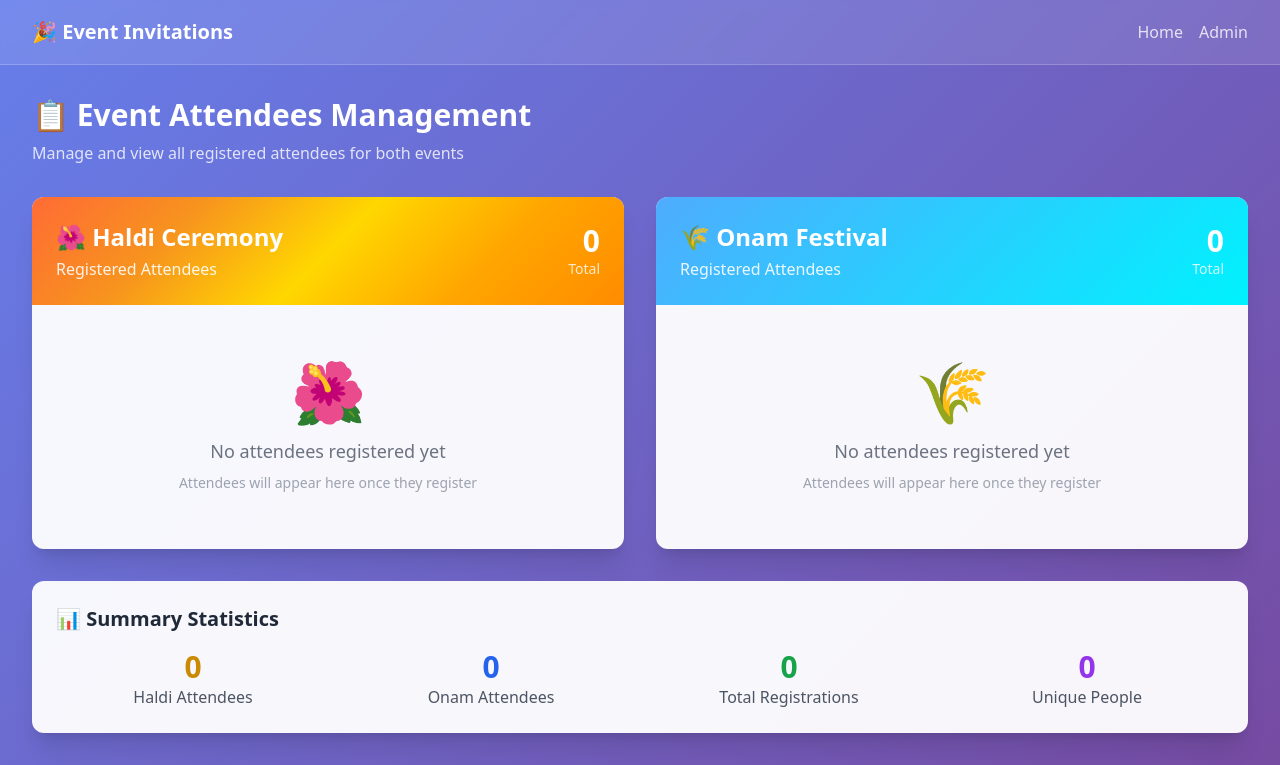
Repository: nanduldas/invitation
Page: http://localhost/admin/attendees
An editor plug-in stored every save of this project. The page is shown before and after the next save, followed by the edit.
The browser window is 1280 px wide. The pictures show the whole page.
Some web libraries are served in a nearby version. The page is served by the project's Laravel application, run on PHP 8.4 with Laravel 12. Other server files are loaded and not shown. Queries for data that is not in the repository find no rows.

Above is the page before, as saved 2025-08-22 23:41:59.

### routes/web.php
<?php

use Illuminate\Support\Facades\Route;
use App\Http\Controllers\EventController;

Route::get('/', [EventController::class, 'index'])->name('home');
Route::get('/event/{event}', [EventController::class, 'show'])->name('event.show');
Route::post('/register', [EventController::class, 'register'])->name('register');
Route::get('/admin/attendees', [EventController::class, 'admin'])->name('admin.attendees');

### app/Http/Controllers/EventController.php
<?php

namespace App\Http\Controllers;

use Illuminate\Http\Request;
use App\Models\Attendee;
use Illuminate\Support\Facades\Validator;

class EventController extends Controller
{
    public function index()
    {
        $haldiCount = Attendee::forEvent('haldi')->count();
        $onamCount = Attendee::forEvent('onam')->count();

        return view('events.index', compact('haldiCount', 'onamCount'));
    }

    public function show($event)
    {
        if (!in_array($event, ['haldi', 'onam'])) {
            abort(404);
        }

        $attendeesCount = Attendee::forEvent($event)->count();

        return view('events.show', compact('event', 'attendeesCount'));
    }

    public function register(Request $request)
    {
        $validator = Validator::make($request->all(), [
            'name' => 'required|string|max:255',
            'phone' => 'required|string|max:20',
            'event' => 'required|in:haldi,onam'
        ]);

        if ($validator->fails()) {
            return response()->json([
                'success' => false,
                'message' => 'Please fill all fields correctly.'
            ], 422);
        }

        // Check if attendee already exists based on phone number
        $existingAttendee = Attendee::where('phone', $request->phone)->first();

        if ($existingAttendee) {
            return response()->json([
                'success' => true,
                'message' => 'You are already on our list, thank you! 🎉',
                'attendee_count' => Attendee::forEvent($request->event)->count()
            ]);
        }

        // Create new attendee
        $attendee = Attendee::create([
            'name' => $request->name,
            'phone' => $request->phone,
            'event' => $request->event
        ]);

        $attendeeCount = Attendee::forEvent($request->event)->count();

        return response()->json([
            'success' => true,
            'message' => "Welcome to our celebration, {$request->name}! 🌟 We're excited to have you join us!",
            'attendee_count' => $attendeeCount
        ]);
    }

    public function admin()
    {
        $haldiAttendees = Attendee::forEvent('haldi')->get();
        $onamAttendees = Attendee::forEvent('onam')->get();

        return view('admin.attendees', compact('haldiAttendees', 'onamAttendees'));
    }
}

### app/Models/Attendee.php
<?php

namespace App\Models;

use Illuminate\Database\Eloquent\Model;

class Attendee extends Model
{
    protected $fillable = [
        'name',
        'phone',
        'event'
    ];

    protected $casts = [
        'event' => 'string'
    ];

    public function scopeForEvent($query, $event)
    {
        return $query->where('event', $event);
    }
}

### resources/views/admin/attendees.blade.php
@extends('layouts.app')

@section('title', 'Admin - Attendees List')

@section('content')
<div class="max-w-7xl mx-auto px-4 sm:px-6 lg:px-8">
    <div class="mb-8">
        <h1 class="text-3xl font-bold text-white mb-2">📋 Event Attendees Management</h1>
        <p class="text-white/80">Manage and view all registered attendees for both events</p>
    </div>

    <div class="grid lg:grid-cols-2 gap-8">
        <!-- Haldi Event Attendees -->
        <div class="bg-white/95 rounded-xl shadow-xl overflow-hidden">
            <div class="gradient-haldi p-6 text-white">
                <div class="flex items-center justify-between">
                    <div>
                        <h2 class="text-2xl font-bold flex items-center">
                            🌺 Haldi Ceremony
                        </h2>
                        <p class="text-white/90 mt-1">Registered Attendees</p>
                    </div>
                    <div class="text-right">
                        <div class="text-3xl font-bold">{{ $haldiAttendees->count() }}</div>
                        <div class="text-sm text-white/80">Total</div>
                    </div>
                </div>
            </div>

            <div class="p-6">
                @if($haldiAttendees->count() > 0)
                    <div class="space-y-3 max-h-96 overflow-y-auto">
                        @foreach($haldiAttendees as $index => $attendee)
                            <div class="flex items-center justify-between p-3 bg-yellow-50 rounded-lg border border-yellow-200">
                                <div class="flex items-center space-x-3">
                                    <div class="w-8 h-8 bg-yellow-500 text-white rounded-full flex items-center justify-center text-sm font-bold">
                                        {{ $index + 1 }}
                                    </div>
                                    <div>
                                        <div class="font-semibold text-gray-800">{{ $attendee->name }}</div>
                                        <div class="text-sm text-gray-600">{{ $attendee->phone }}</div>
                                    </div>
                                </div>
                                <div class="text-right">
                                    <div class="text-xs text-gray-500">Registered</div>
                                    <div class="text-sm font-medium text-gray-700">
                                        {{ $attendee->created_at->format('M j, Y') }}
                                    </div>
                                </div>
                            </div>
                        @endforeach
                    </div>

                    <div class="mt-6 pt-4 border-t border-gray-200">
                        <button onclick="exportAttendees('haldi')"
                                class="w-full px-4 py-2 bg-yellow-600 text-white rounded-lg hover:bg-yellow-700 transition-colors">
                            📄 Export Haldi Attendees List
                        </button>
                    </div>
                @else
                    <div class="text-center py-8">
                        <div class="text-6xl mb-4">🌺</div>
                        <p class="text-gray-500 text-lg">No attendees registered yet</p>
                        <p class="text-gray-400 text-sm mt-2">Attendees will appear here once they register</p>
                    </div>
                @endif
            </div>
        </div>

        <!-- Onam Event Attendees -->
        <div class="bg-white/95 rounded-xl shadow-xl overflow-hidden">
            <div class="gradient-onam p-6 text-white">
                <div class="flex items-center justify-between">
                    <div>
                        <h2 class="text-2xl font-bold flex items-center">
                            🌾 Onam Festival
                        </h2>
                        <p class="text-white/90 mt-1">Registered Attendees</p>
                    </div>
                    <div class="text-right">
                        <div class="text-3xl font-bold">{{ $onamAttendees->count() }}</div>
                        <div class="text-sm text-white/80">Total</div>
                    </div>
                </div>
            </div>

            <div class="p-6">
                @if($onamAttendees->count() > 0)
                    <div class="space-y-3 max-h-96 overflow-y-auto">
                        @foreach($onamAttendees as $index => $attendee)
                            <div class="flex items-center justify-between p-3 bg-blue-50 rounded-lg border border-blue-200">
                                <div class="flex items-center space-x-3">
                                    <div class="w-8 h-8 bg-blue-500 text-white rounded-full flex items-center justify-center text-sm font-bold">
                                        {{ $index + 1 }}
                                    </div>
                                    <div>
                                        <div class="font-semibold text-gray-800">{{ $attendee->name }}</div>
                                        <div class="text-sm text-gray-600">{{ $attendee->phone }}</div>
                                    </div>
                                </div>
                                <div class="text-right">
                                    <div class="text-xs text-gray-500">Registered</div>
                                    <div class="text-sm font-medium text-gray-700">
                                        {{ $attendee->created_at->format('M j, Y') }}
                                    </div>
                                </div>
                            </div>
                        @endforeach
                    </div>

                    <div class="mt-6 pt-4 border-t border-gray-200">
                        <button onclick="exportAttendees('onam')"
                                class="w-full px-4 py-2 bg-blue-600 text-white rounded-lg hover:bg-blue-700 transition-colors">
                            📄 Export Onam Attendees List
                        </button>
                    </div>
                @else
                    <div class="text-center py-8">
                        <div class="text-6xl mb-4">🌾</div>
                        <p class="text-gray-500 text-lg">No attendees registered yet</p>
                        <p class="text-gray-400 text-sm mt-2">Attendees will appear here once they register</p>
                    </div>
                @endif
            </div>
        </div>
    </div>

    <!-- Summary Statistics -->
    <div class="mt-8 bg-white/95 rounded-xl shadow-xl p-6">
        <h3 class="text-xl font-bold text-gray-800 mb-4">📊 Summary Statistics</h3>
        <div class="grid md:grid-cols-4 gap-6">
            <div class="text-center">
                <div class="text-3xl font-bold text-yellow-600">{{ $haldiAttendees->count() }}</div>
                <div class="text-gray-600">Haldi Attendees</div>
            </div>
            <div class="text-center">
                <div class="text-3xl font-bold text-blue-600">{{ $onamAttendees->count() }}</div>
                <div class="text-gray-600">Onam Attendees</div>
            </div>
            <div class="text-center">
                <div class="text-3xl font-bold text-green-600">{{ $haldiAttendees->count() + $onamAttendees->count() }}</div>
                <div class="text-gray-600">Total Registrations</div>
            </div>
            <div class="text-center">
                <div class="text-3xl font-bold text-purple-600">
                    {{ $haldiAttendees->merge($onamAttendees)->unique('phone')->count() }}
                </div>
                <div class="text-gray-600">Unique People</div>
            </div>
        </div>
    </div>
</div>
@endsection

@section('scripts')
<script>
    function exportAttendees(event) {
        // This would typically make an AJAX call to export the data
        // For now, we'll create a simple CSV export
        let attendees = [];
        let filename = event + '_attendees_' + new Date().toISOString().split('T')[0] + '.csv';

        if (event === 'haldi') {
            @foreach($haldiAttendees as $attendee)
                attendees.push({
                    name: "{{ $attendee->name }}",
                    phone: "{{ $attendee->phone }}",
                    registered: "{{ $attendee->created_at->format('Y-m-d H:i:s') }}"
                });
            @endforeach
        } else {
            @foreach($onamAttendees as $attendee)
                attendees.push({
                    name: "{{ $attendee->name }}",
                    phone: "{{ $attendee->phone }}",
                    registered: "{{ $attendee->created_at->format('Y-m-d H:i:s') }}"
                });
            @endforeach
        }

        // Create CSV content
        let csvContent = "Name,Phone,Registered Date\n";
        attendees.forEach(attendee => {
            csvContent += `"${attendee.name}","${attendee.phone}","${attendee.registered}"\n`;
        });

        // Download CSV
        const blob = new Blob([csvContent], { type: 'text/csv' });
        const url = window.URL.createObjectURL(blob);
        const a = document.createElement('a');
        a.style.display = 'none';
        a.href = url;
        a.download = filename;
        document.body.appendChild(a);
        a.click();
        window.URL.revokeObjectURL(url);
        document.body.removeChild(a);

        alert(`${event.charAt(0).toUpperCase() + event.slice(1)} attendees list exported successfully!`);
    }
</script>
@endsection

### resources/views/layouts/app.blade.php
<!DOCTYPE html>
<html lang="en">
<head>
    <meta charset="UTF-8">
    <meta name="viewport" content="width=device-width, initial-scale=1.0">
    <meta name="csrf-token" content="{{ csrf_token() }}">
    <title>@yield('title', 'Event Invitations')</title>
    <script src="https://cdn.tailwindcss.com"></script>
    <script src="https://code.jquery.com/jquery-3.6.0.min.js"></script>
    <style>
        .gradient-bg {
            background: linear-gradient(135deg, #667eea 0%, #764ba2 100%);
        }
        .gradient-haldi {
            background: linear-gradient(135deg, #FF6B35 0%, #F7931E 25%, #FFD700 50%, #FFA500 75%, #FF8C00 100%);
        }
        .gradient-haldi-deep {
            background: linear-gradient(135deg, #B8860B 0%, #DAA520 25%, #FFD700 50%, #FFA500 75%, #FF6347 100%);
        }
        .bg-haldi-theme {
            background-image: url('/images/haldi-background.jpg');
            background-size: cover;
            background-position: center;
            background-repeat: no-repeat;
        }
        .haldi-overlay {
            background: linear-gradient(135deg, rgba(255, 215, 0, 0.9) 0%, rgba(255, 165, 0, 0.8) 50%, rgba(255, 140, 0, 0.9) 100%);
        }
        .gradient-onam {
            background: linear-gradient(135deg, #4facfe 0%, #00f2fe 100%);
        }
        .card-hover {
            transition: transform 0.3s ease, box-shadow 0.3s ease;
        }
        .card-hover:hover {
            transform: translateY(-5px);
            box-shadow: 0 20px 25px -5px rgba(0, 0, 0, 0.1), 0 10px 10px -5px rgba(0, 0, 0, 0.04);
        }
        .modal {
            transition: opacity 0.25s ease;
        }
        .modal-backdrop {
            background-color: rgba(0, 0, 0, 0.5);
        }
    </style>
</head>
<body class="min-h-screen gradient-bg">
    <nav class="bg-white/10 backdrop-blur-sm border-b border-white/20">
        <div class="max-w-7xl mx-auto px-4 sm:px-6 lg:px-8">
            <div class="flex justify-between h-16">
                <div class="flex items-center">
                    <a href="{{ route('home') }}" class="text-white text-xl font-bold">
                        🎉 Event Invitations
                    </a>
                </div>
                <div class="flex items-center space-x-4">
                    <a href="{{ route('home') }}" class="text-white/80 hover:text-white transition-colors">
                        Home
                    </a>
                    <a href="{{ route('admin.attendees') }}" class="text-white/80 hover:text-white transition-colors">
                        Admin
                    </a>
                </div>
            </div>
        </div>
    </nav>

    <main class="py-8">
        @yield('content')
    </main>

    <!-- Registration Modal -->
    <div id="registrationModal" class="modal fixed inset-0 z-50 hidden">
        <div class="modal-backdrop fixed inset-0" onclick="closeModal()"></div>
        <div class="fixed inset-0 flex items-center justify-center p-4">
            <div class="bg-white rounded-lg shadow-xl max-w-md w-full mx-4 transform transition-all">
                <div class="p-6">
                    <div class="flex justify-between items-center mb-4">
                        <h3 class="text-lg font-semibold text-gray-900">Register for Event</h3>
                        <button onclick="closeModal()" class="text-gray-400 hover:text-gray-600">
                            <svg class="w-6 h-6" fill="none" stroke="currentColor" viewBox="0 0 24 24">
                                <path stroke-linecap="round" stroke-linejoin="round" stroke-width="2" d="M6 18L18 6M6 6l12 12"></path>
                            </svg>
                        </button>
                    </div>

                    <form id="registrationForm">
                        @csrf
                        <input type="hidden" id="eventType" name="event" value="">

                        <div class="mb-4">
                            <label for="name" class="block text-sm font-medium text-gray-700 mb-2">Full Name</label>
                            <input type="text" id="name" name="name" required
                                   class="w-full px-3 py-2 border border-gray-300 rounded-md focus:outline-none focus:ring-2 focus:ring-blue-500">
                        </div>

                        <div class="mb-6">
                            <label for="phone" class="block text-sm font-medium text-gray-700 mb-2">Phone Number</label>
                            <input type="tel" id="phone" name="phone" required
                                   class="w-full px-3 py-2 border border-gray-300 rounded-md focus:outline-none focus:ring-2 focus:ring-blue-500">
                        </div>

                        <div class="flex space-x-3">
                            <button type="button" onclick="closeModal()"
                                    class="flex-1 px-4 py-2 text-gray-600 border border-gray-300 rounded-md hover:bg-gray-50 transition-colors">
                                Cancel
                            </button>
                            <button type="submit"
                                    class="flex-1 px-4 py-2 bg-blue-600 text-white rounded-md hover:bg-blue-700 transition-colors">
                                Register
                            </button>
                        </div>
                    </form>
                </div>
            </div>
        </div>
    </div>

    <script>
        function openModal(event) {
            document.getElementById('eventType').value = event;
            document.getElementById('registrationModal').classList.remove('hidden');
            document.body.style.overflow = 'hidden';
        }

        function closeModal() {
            document.getElementById('registrationModal').classList.add('hidden');
            document.body.style.overflow = 'auto';
            document.getElementById('registrationForm').reset();
        }

        $(document).ready(function() {
            $('#registrationForm').on('submit', function(e) {
                e.preventDefault();

                $.ajax({
                    url: '{{ route("register") }}',
                    method: 'POST',
                    data: $(this).serialize(),
                    success: function(response) {
                        alert(response.message);
                        if (response.attendee_count) {
                            // Update the count on the page
                            const event = $('#eventType').val();
                            $('.attendee-count[data-event="' + event + '"]').text(response.attendee_count);
                        }
                        closeModal();
                    },
                    error: function(xhr) {
                        const response = JSON.parse(xhr.responseText);
                        alert(response.message || 'An error occurred. Please try again.');
                    }
                });
            });
        });

        // ESC key to close modal
        document.addEventListener('keydown', function(e) {
            if (e.key === 'Escape') {
                closeModal();
            }
        });
    </script>

    @yield('scripts')
</body>
</html>

Loaded but not shown: app/Http/Controllers/Controller.php (common file)

After the next save:
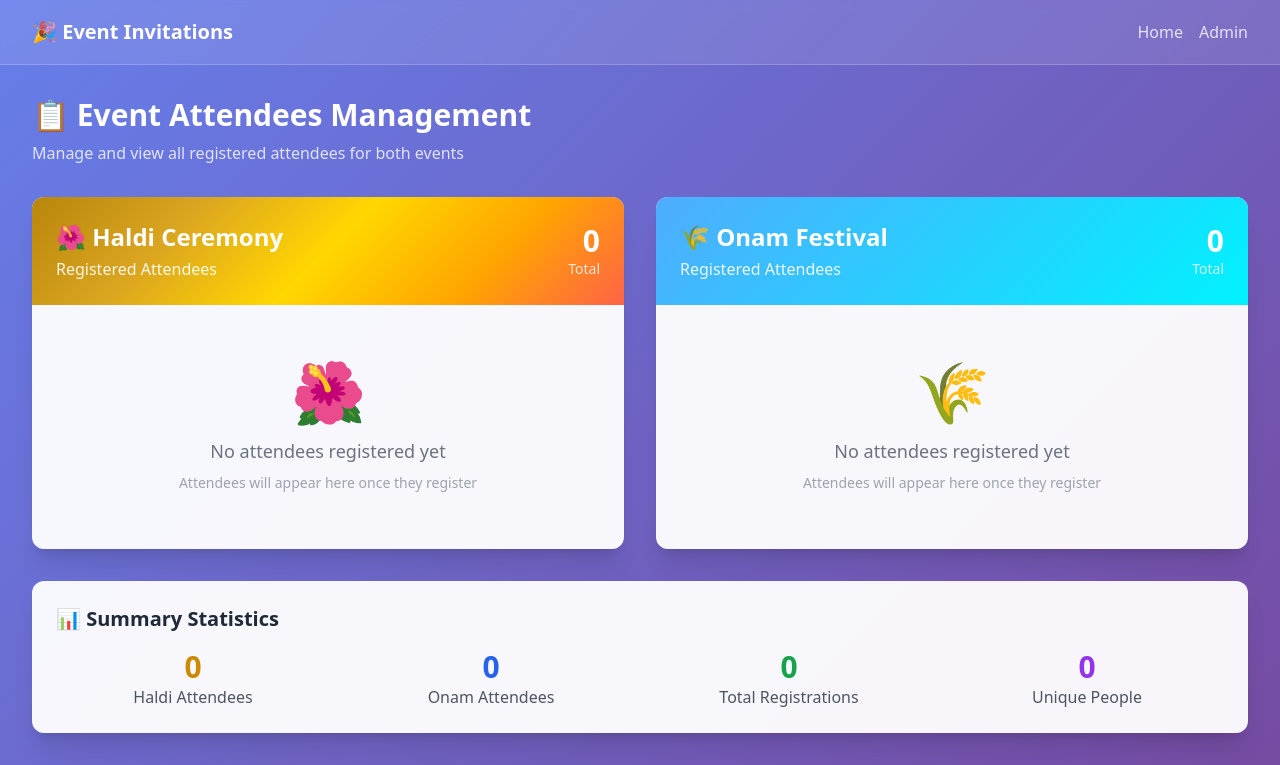
Saved 10 s later.
--- a/resources/views/admin/attendees.blade.php
+++ b/resources/views/admin/attendees.blade.php
@@ -12,7 +12,7 @@
     <div class="grid lg:grid-cols-2 gap-8">
         <!-- Haldi Event Attendees -->
         <div class="bg-white/95 rounded-xl shadow-xl overflow-hidden">
-            <div class="gradient-haldi p-6 text-white">
+            <div class="gradient-haldi-deep p-6 text-white">
                 <div class="flex items-center justify-between">
                     <div>
                         <h2 class="text-2xl font-bold flex items-center">
